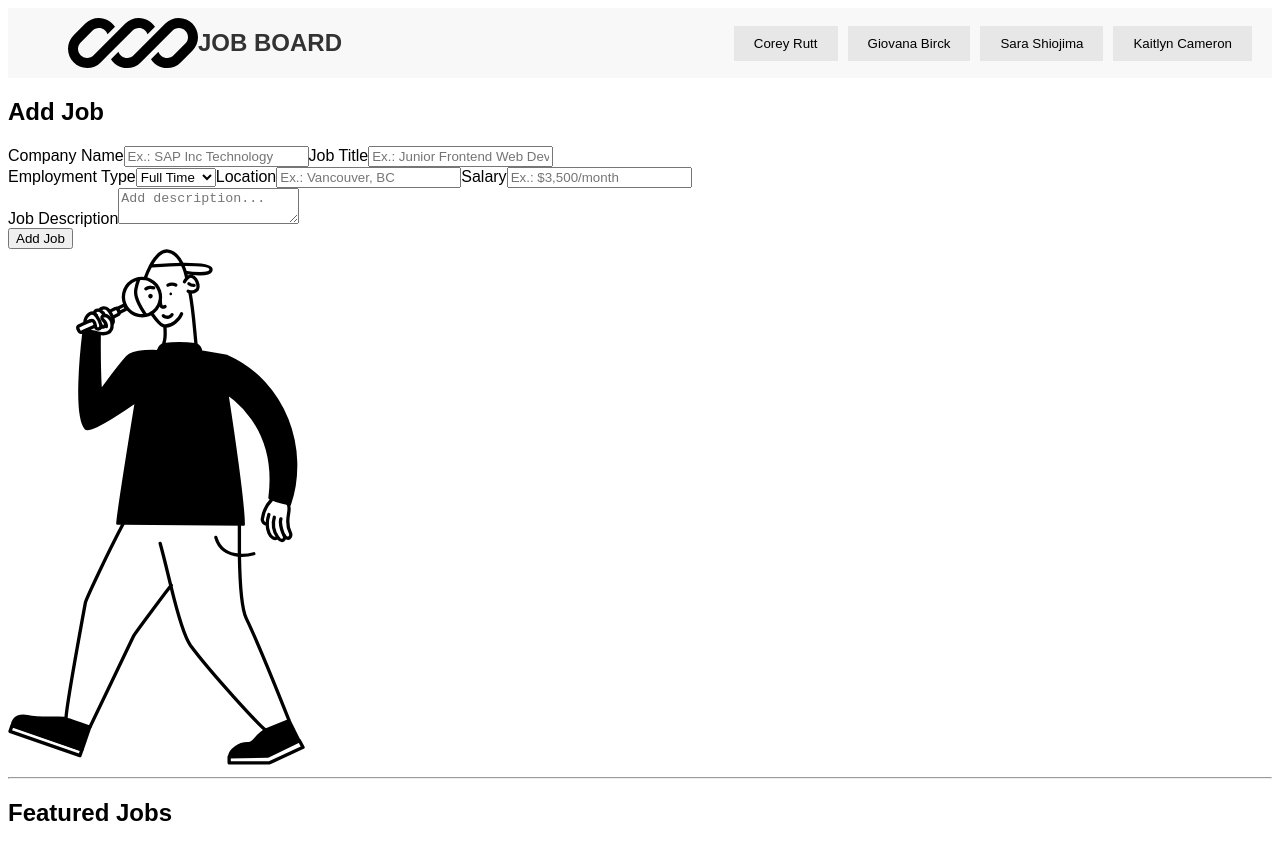
Repository: kcameron37/Final-Project-FrontEnd
Page: /
These files come from the project's save history. The page is drawn as it stood at one moment and after the next save; the edit follows.
The browser window is 1280 px wide. The pictures show the whole page.
The project was rebuilt for these pictures with package versions that can differ from the ones it lists, and the page was loaded fresh each time. Also part of the build but not shown: src/components/addJob.module.css.

Above is the page before, as saved 2023-11-14 20:09:33.

### src/App.js
import React, { useState } from 'react';

import styles from './styles.css';

import JobList from './components/JobList.js';
import AddJob from './components/AddJob.js';
import NavBar from './components/NavBar.js';


export default function App() {
  const [jobs, setJobs] = useState([]);

  const addJob = (job) => {
    setJobs([...jobs, job]);
  };

  const deleteJob = (index) => {
    const newJobs = jobs.filter((_, idx) => idx !== index);
    setJobs(newJobs);
  };

  return (
    <div className="App">
      <NavBar />
      <AddJob addJob={addJob} />
      <JobList jobs={jobs} deleteJob={deleteJob} />
    </div>
  );
}

### src/styles.css
.App {
  font-family: 'Rubik', sans-serif;
}

### src/components/JobList.js
import React from 'react';

export default function JobList({ jobs, deleteJob }) {
  return (
    <div>
      <hr />
      <h2>Featured Jobs</h2>
      {
        jobs.map((job, index) => (
          <div key={index} className="job-item">
            <h3>{job.jobTitle}</h3>
            <button onClick={() => console.log('Make Edit Do Something')}>Edit</button>
            <button onClick={() => deleteJob(index)}>Delete</button>
            <p>{job.companyName} • {job.employment} • {job.location} • {job.salary}</p>
            <p>{job.description}</p>
            <hr />
          </div>
        ))
      }
    </div>
  );
}

### src/components/AddJob.js
import React, { useState } from 'react';
import styles from './addJob.module.css';


export default function AddJob({ addJob }) {

    const [job, setJob] = useState({
        companyName: '',
        jobTitle: '',
        employment: 'Full Time',
        location: '',
        salary: '',
        description: ''
    });

    const handleSubmit = (e) => {
        e.preventDefault();
        addJob(job);
        setJob({ companyName: '', jobTitle: '', employment: 'Full Time', location: '', salary: '', description: '' });
    }

    const handleChange = (e) => {
        setJob({ ...job, [e.target.name]: e.target.value });
    };

    return (
        <form onSubmit={handleSubmit} className={styles.formContainer}>
            <h2>Add Job</h2>
            <div>
                <label>Company Name</label>
                <input
                    type="text"
                    name="companyName"
                    value={job.companyName}
                    onChange={handleChange}
                    placeholder="Ex.: SAP Inc Technology"
                />

                <label>Job Title</label>
                <input
                    type="text"
                    name="jobTitle"
                    value={job.jobTitle}
                    onChange={handleChange}
                    placeholder="Ex.: Junior Frontend Web Developer"
                />
            </div>

            <div>
                <label>Employment Type</label>
                <select name="employment" value={job.employment} onChange={handleChange}>
                    <option value="Full Time">Full Time</option>
                    <option value="Part Time">Part Time</option>
                </select>

                <label>Location</label>
                <input
                    type="text"
                    name="location"
                    value={job.location}
                    onChange={handleChange}
                    placeholder="Ex.: Vancouver, BC"
                />

                <label>Salary</label>
                <input
                    type="text"
                    name="salary"
                    value={job.salary}
                    onChange={handleChange}
                    placeholder="Ex.: $3,500/month"
                />
            </div>

            <div>
                <label>Job Description</label>
                <textarea
                    name="description"
                    value={job.description}
                    onChange={handleChange}
                    placeholder="Add description..."
                />
            </div>
            <button type="submit">Add Job</button>

            <div>
                <img src="/images/man.svg" alt="Logo" />
            </div>
        </form>
    );
}

### src/components/NavBar.js
import React from 'react';
import styles from './navBar.module.css';

export default function NavBar() {
    return (
        <div className={styles.navBar}>
            <div className={styles.logo}>
                <img src="/images/logo.svg" alt="Logo" />
                <h2>JOB BOARD</h2>
            </div>

            <div>
                <button>Corey Rutt</button>
                <button>Giovana Birck</button>
                <button>Sara Shiojima</button>
                <button>Kaitlyn Cameron</button>
            </div>
        </div>
    );
}

### src/components/navBar.module.css
.navBar {
    background-color: #f8f8f8;
    padding: 10px 20px;
    display: flex;
    align-items: center;
    justify-content: space-between;
  }

  .navBar img {
    height: 50px;
  }

  .navBar h2 {
    margin: 0;
    padding: 0;
    font-size: 24px;
    color: #333;
  }

  .navBar button {
    background-color: #e7e7e7;
    border: none;
    padding: 10px 20px;
    margin-left: 10px;
    cursor: pointer;
  }

  .navBar button:hover {
    background-color: #d7d7d7;
  }


.logo{
  display: flex;
  align-items: center;
  margin-left: 40px;
}

Loaded but not shown: public/index.html (common file); src/index.js (common file)

After the next save:
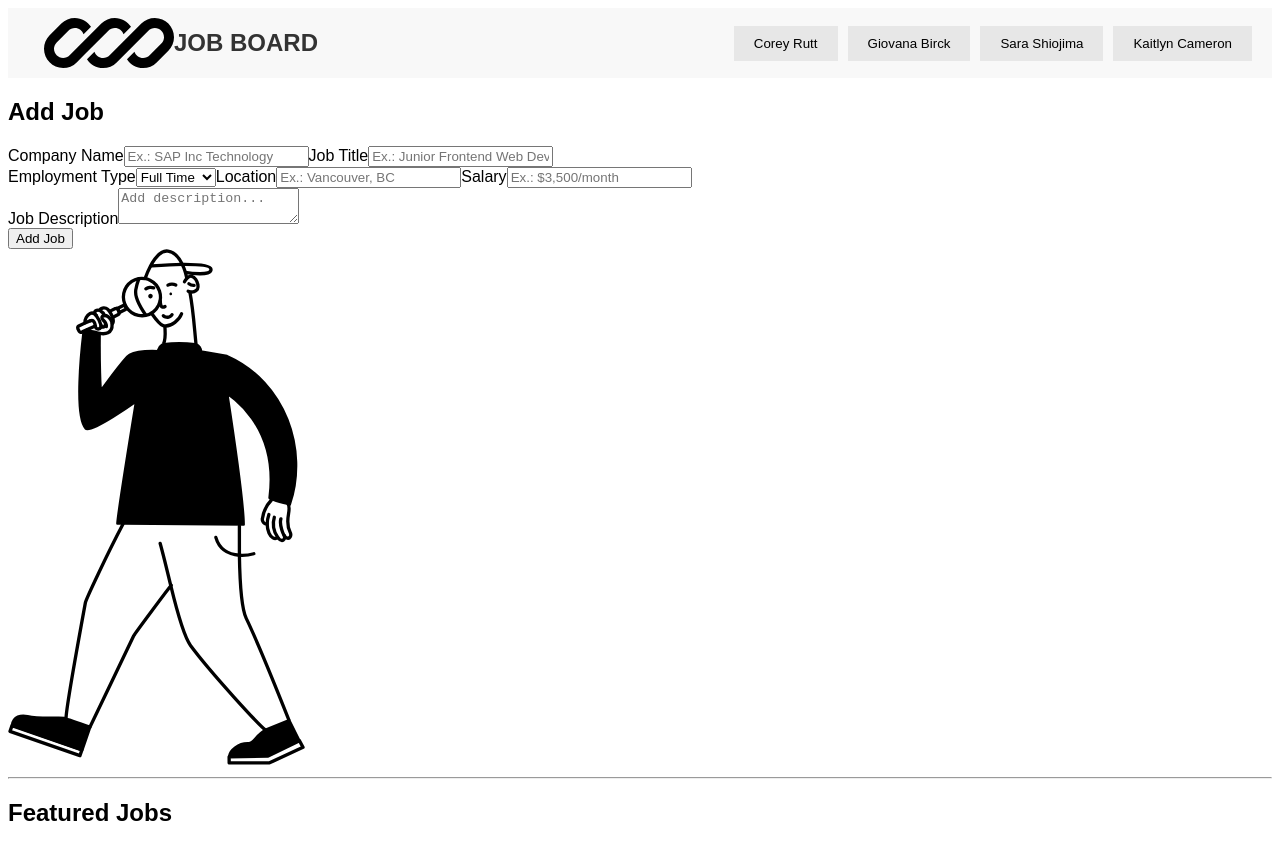
Saved 6 s later.
--- a/src/components/navBar.module.css
+++ b/src/components/navBar.module.css
@@ -33,5 +33,5 @@
 .logo{
   display: flex;
   align-items: center;
-  margin-left: 40px;
+  margin-left: 1em;
 }
